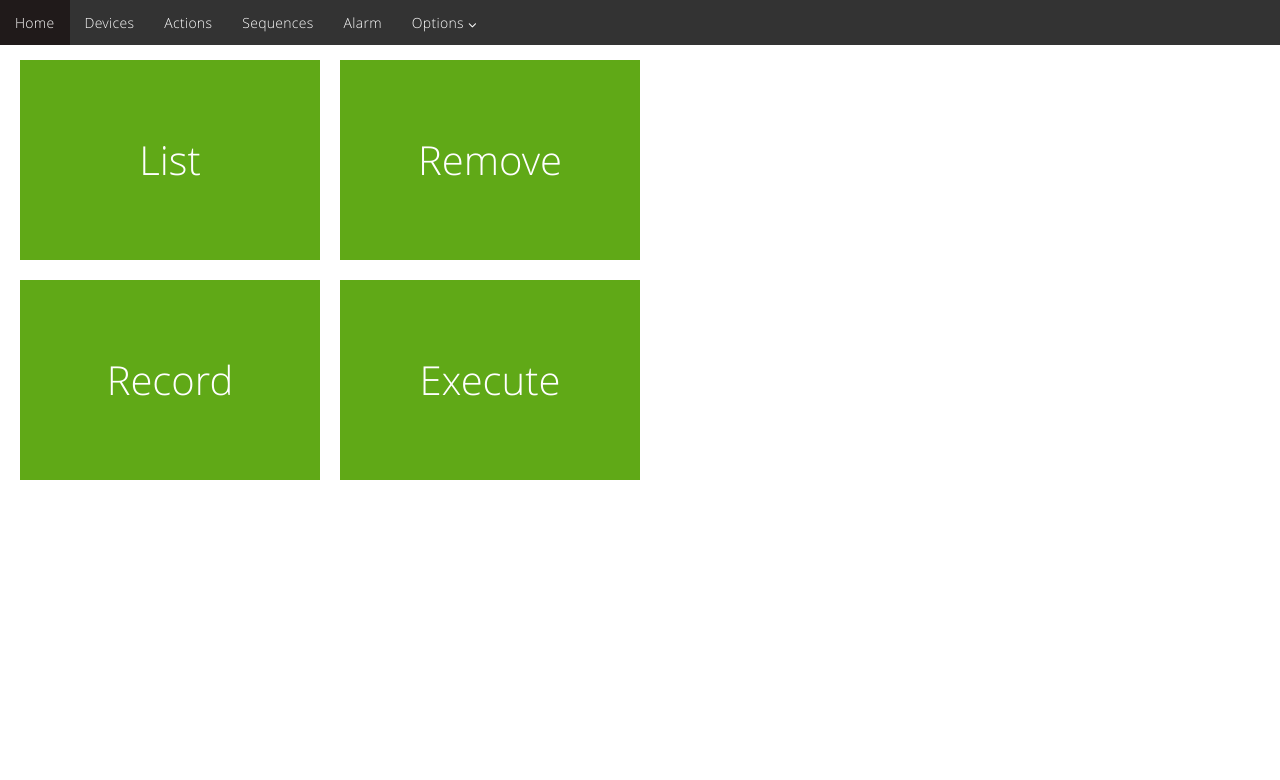
Repository: Pietvergiet/RPiProject
Page: http://localhost/RPi/Action.jsp
These files come from the project's save history. The page is drawn as it stood at one moment and after the next save; the edit follows.
The browser window is 1280 px wide. The pictures show the whole page.
The page is served by Tomcat 9. Nobody is signed in. The application's start-up code is not run.

Above is the page before, as saved 2014-10-28 12:28:08.

After the next save:
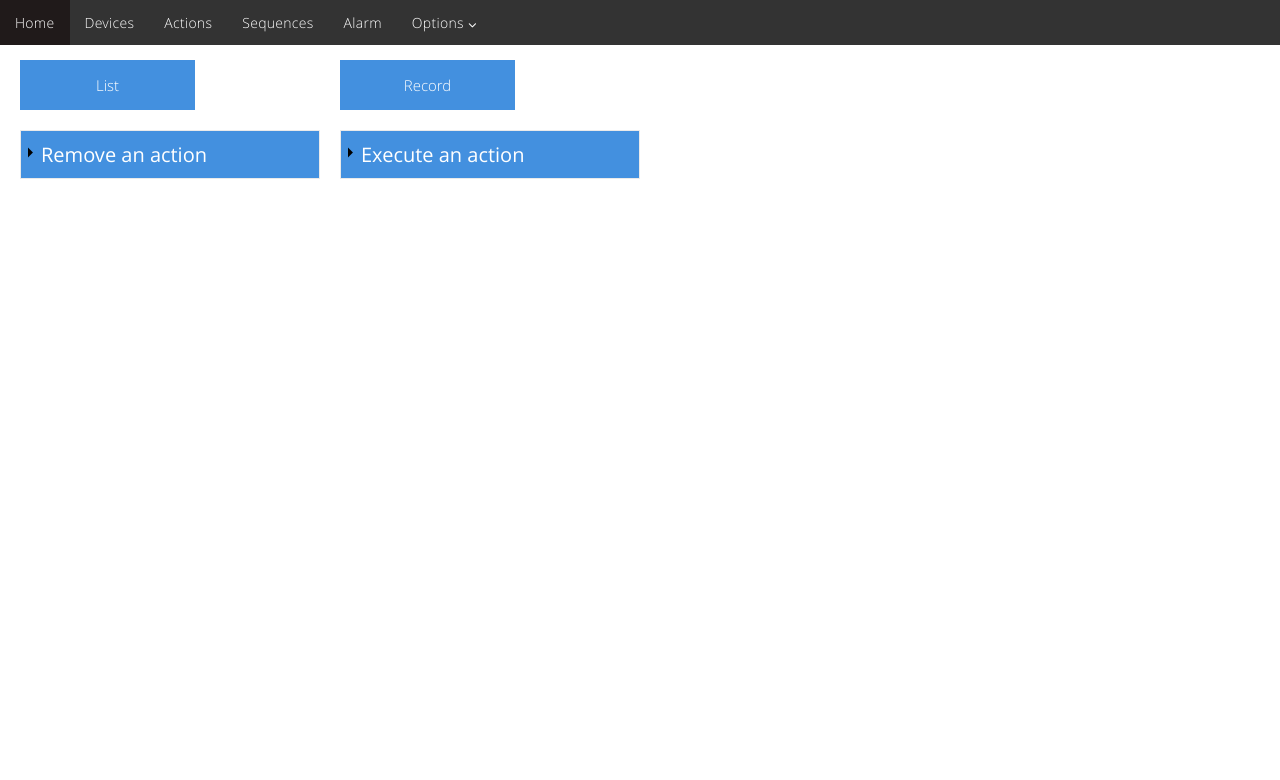
Saved 11 min 0 s later.
--- a/RPi/src/main/webapp/Action.jsp
+++ b/RPi/src/main/webapp/Action.jsp
@@ -42,12 +42,32 @@
 
 		<form method="post" action="doAction">
 			<div class="row" >
-				<div class="span4"><input name="button" class="bg-green bg-hover-lime fg-white" type="submit" value="List" style="font-size:40px; height:200px; width:300px;"></div>
-				<div class="span4"><input name="button" class="bg-green bg-hover-lime fg-white" type="submit" value="Remove" style="font-size:40px; height:200px; width:300px;"></div>
+				<div class="span4"><input name="button" class="bg-lightBlue bg-hover-darkBlue fg-white" type="submit" value="List" style="font-size:15px; height:50px; width:175px;"></div>
+				<div class="span4"><input name="button" class="bg-lightBlue bg-hover-darkBlue fg-white" type="submit" value="Record" style="font-size:15px; height:50px; width:175px;"></div>
 			</div>
 			<div class="row">
-				<div class="span4"><input name="button" class="bg-green bg-hover-lime fg-white" type="submit" value="Record" style="font-size:40px; height:200px; width:300px;"></div>
-				<div class="span4"><input name="button" class="bg-green bg-hover-lime fg-white" type="submit" value="Execute" style="font-size:40px; height:200px; width:300px;"></div>
+				<div class="accordion with-marker span4 place-left" data-role="accordion" data-closeany="false">
+
+					<div class="accordion-frame" style="font-size:20px;">
+    					<a class="heading bg-lightBlue fg-white collapsed" href="#">Remove an action</a>
+       	 				<div class="content" style="display: none;">
+        					<p>Fill in the ID of the action <br>that should be removed.<p>
+        					<p><input name="remDev" type="text" data-state="info"></p>
+        					<p><input name="button" class="bg-lightBlue bg-hover-darkBlue fg-white" type="submit" value="Remove" style="font-size:15px; height:50px; width:175px;"></p>
+        				</div>
+					</div>
+				</div>
+				<div class="accordion with-marker span4 place-left" data-role="accordion" data-closeany="false">
+
+					<div class="accordion-frame" style="font-size:20px;">
+    					<a class="heading bg-lightBlue fg-white collapsed" href="#">Execute an action</a>
+       	 				<div class="content" style="display: none;">
+        					<p>Fill in the ID of the action <br>that should be executed.<p>
+        					<p><input name="remDev" type="text" data-state="info"></p>
+        					<p><input name="button" class="bg-lightBlue bg-hover-darkBlue fg-white" type="submit" value="Execute" style="font-size:15px; height:50px; width:175px;"></p>
+        				</div>
+					</div>
+				</div>
 			</div>
 		</form>
 	</div>
